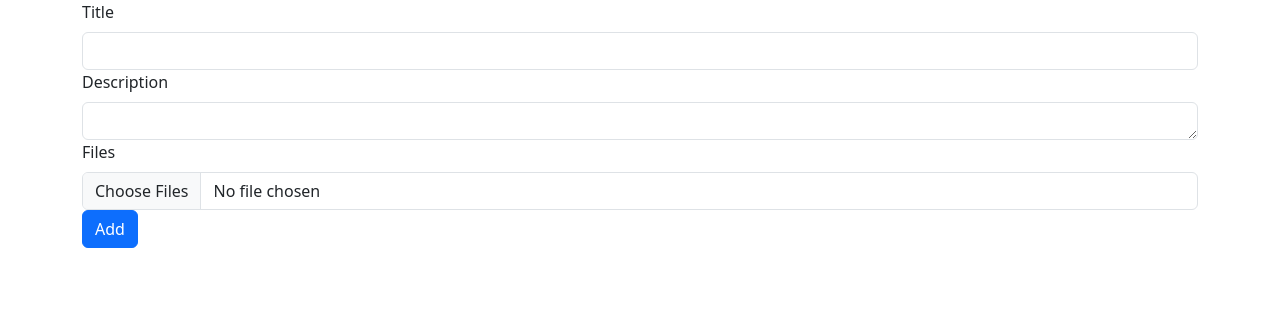
Repository: wasimalbokae2000/blogs
Page: http://localhost/posts/create
These files come from the project's save history. The page is drawn as it stood at one moment and after the next save; the edit follows.
The browser window is 1280 px wide. The pictures show the whole page.
The page is served by the project's Laravel application, run on PHP 8.4 with Laravel 12. Other server files are loaded and not shown.

Above is the page before, as saved 2024-11-27 23:31:53.

### routes/web.php
<?php

use Illuminate\Support\Facades\Route;
use App\Http\Controllers\PostController;
Route::get('/', function () {
    return view('welcome');
});

Route::get('/posts', [PostController::class, "index"])->name("posts");
Route::get('/posts/create', [PostController::class, "create"] )->name("posts.create");
Route::POST('/posts/store', [PostController::class, "store"] )->name("posts.store");
Route::get('/posts/show/id={id?}', [PostController::class, "show"] )->name("posts.show");
Route::get('/posts/edit/id={id?}', [PostController::class, "edit"] )->name("posts.edit");
Route::POST('/posts/update/id={id?}', [PostController::class, "update"] )->name("posts.update");
Route::get('/posts/delete/id={id?}', [PostController::class, "destroy"] )->name("posts.delete");

### app/Http/Controllers/PostController.php
<?php

namespace App\Http\Controllers;

use App\Models\Post;
use Illuminate\Http\Request;

class PostController extends Controller
{
    /**
     * Display a listing of the resource.
     */
    public function index()
    {
        $posts=Post::all();
        return view("posts.index",compact("posts"));
    }

    /**
     * Show the form for creating a new resource.
     */
    public function create()
    {
        return view("posts.create");
    }

    /**
     * Store a newly created resource in storage.
     */
    public function store(Request $request)
    {

        $arr_images=array();
        if($images=$request->file("image"))
        {
            foreach($images as $image)
            {
                $imgName=$image->getClientOriginalName() . '-'. uniqid() . '.'.$image->getClientOriginalExtension();
                $arr_images[]=$imgName;
                 $image->move(public_path("/images"),$imgName);
            }
            // $imgName=$request->file("image")->getClientOriginalName() . '-'. uniqid() . '.'.$request->file("image")->getClientOriginalExtension();
        }
        $p=Post::create([
            "title"=>$request->title,
            "description"=>$request->description,
            "image"=>implode('|',$arr_images)
            ]);
        if($p)
        return redirect()->route('posts');
        return view("posts.index");
    }

    /**
     * Display the specified resource.
     */
    public function show($id)
    {
        $post=Post::find($id);
        return view("posts.show",compact("post"));
    }
    public function showForEdit($id)
    {

    }

    /**
     * Show the form for editing the specified resource.
     */
    public function edit($id)
    {
        $post=Post::find($id);
        return view("posts.edit",compact("post"));
    }

    /**
     * Update the specified resource in storage.
     */
    public function update(Request $request, $id)
    {
        $post=POST::find($id);
        $post->title=$request->title;
        $post->description=$request->description;
        if($request->hasFile("image"))
        {
            $imgName=$request->file("image")->getClientOriginalName() . '-'. uniqid() . '.'.$request->file("image")->getClientOriginalExtension();
           $request->file("image")->move(public_path("/images"),$imgName);
           $post->image=$imgName;
        }
        $post->save();
        return redirect()->route('posts');
    }

    /**
     * Remove the specified resource from storage.
     */
    public function destroy($id)
    {
        $post = Post::find($id);
        $post->delete();
        return redirect()->route('posts');
    }
}

### resources/views/posts/create.blade.php
<link href="https://cdn.jsdelivr.net/npm/bootstrap@5.3.3/dist/css/bootstrap.min.css" rel="stylesheet" integrity="sha384-QWTKZyjpPEjISv5WaRU9OFeRpok6YctnYmDr5pNlyT2bRjXh0JMhjY6hW+ALEwIH" crossorigin="anonymous">
    <div class="container">
        <form action="{{ route("posts.store") }}" enctype="multipart/form-data" method="POST">
            @method("POST")
            @csrf
            <div class="">
                <label for="title" class="form-label">Title</label>
                <input  class="form-control" id="title" >
            </div>
            <div class="">
                <label for="description" class="form-label">Description</label>
                <textarea class="form-control" id="description" rows="1"></textarea>
            </div>
            <div class="">
                <label for="image" class="form-label">Files</label>
                <input class="form-control" type="file" id="image" name="image[]" multiple>
            </div>
            <div class="">
            <button class="btn btn-primary" type="submit">Add</button>
            </div>
        </form>
    </div>

<script src="https://cdn.jsdelivr.net/npm/bootstrap@5.3.3/dist/js/bootstrap.bundle.min.js" integrity="sha384-YvpcrYf0tY3lHB60NNkmXc5s9fDVZLESaAA55NDzOxhy9GkcIdslK1eN7N6jIeHz" crossorigin="anonymous"></script>

Loaded but not shown: app/Http/Controllers/Controller.php (common file)

After the next save:
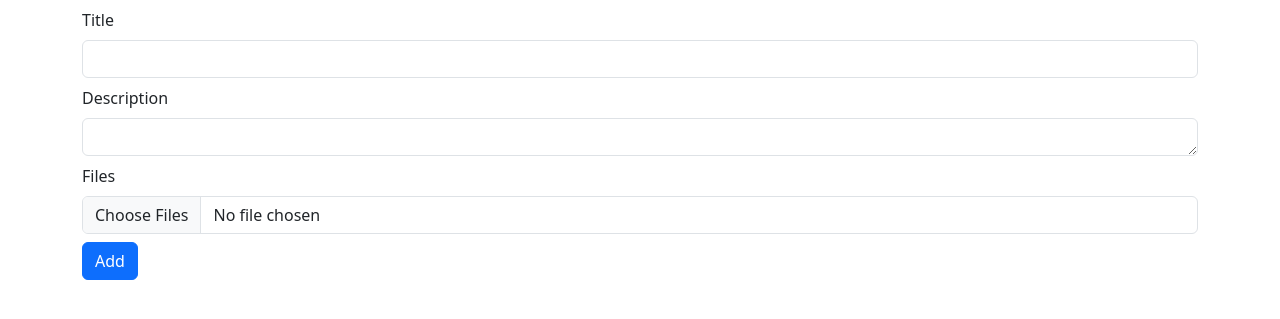
Saved 13 s later.
--- a/resources/views/posts/create.blade.php
+++ b/resources/views/posts/create.blade.php
@@ -1,24 +1,26 @@
 <link href="https://cdn.jsdelivr.net/npm/bootstrap@5.3.3/dist/css/bootstrap.min.css" rel="stylesheet" integrity="sha384-QWTKZyjpPEjISv5WaRU9OFeRpok6YctnYmDr5pNlyT2bRjXh0JMhjY6hW+ALEwIH" crossorigin="anonymous">
+<body class="">
     <div class="container">
         <form action="{{ route("posts.store") }}" enctype="multipart/form-data" method="POST">
             @method("POST")
             @csrf
-            <div class="">
+            <div class="mt-2 mb-2">
                 <label for="title" class="form-label">Title</label>
                 <input  class="form-control" id="title" >
             </div>
-            <div class="">
+            <div class="mt-2 mb-2">
                 <label for="description" class="form-label">Description</label>
                 <textarea class="form-control" id="description" rows="1"></textarea>
             </div>
-            <div class="">
+            <div class="mt-2 mb-2">
                 <label for="image" class="form-label">Files</label>
                 <input class="form-control" type="file" id="image" name="image[]" multiple>
             </div>
-            <div class="">
+            <div class="mt-2 mb-2">
             <button class="btn btn-primary" type="submit">Add</button>
             </div>
         </form>
     </div>
+</body>
 
 <script src="https://cdn.jsdelivr.net/npm/bootstrap@5.3.3/dist/js/bootstrap.bundle.min.js" integrity="sha384-YvpcrYf0tY3lHB60NNkmXc5s9fDVZLESaAA55NDzOxhy9GkcIdslK1eN7N6jIeHz" crossorigin="anonymous"></script>
